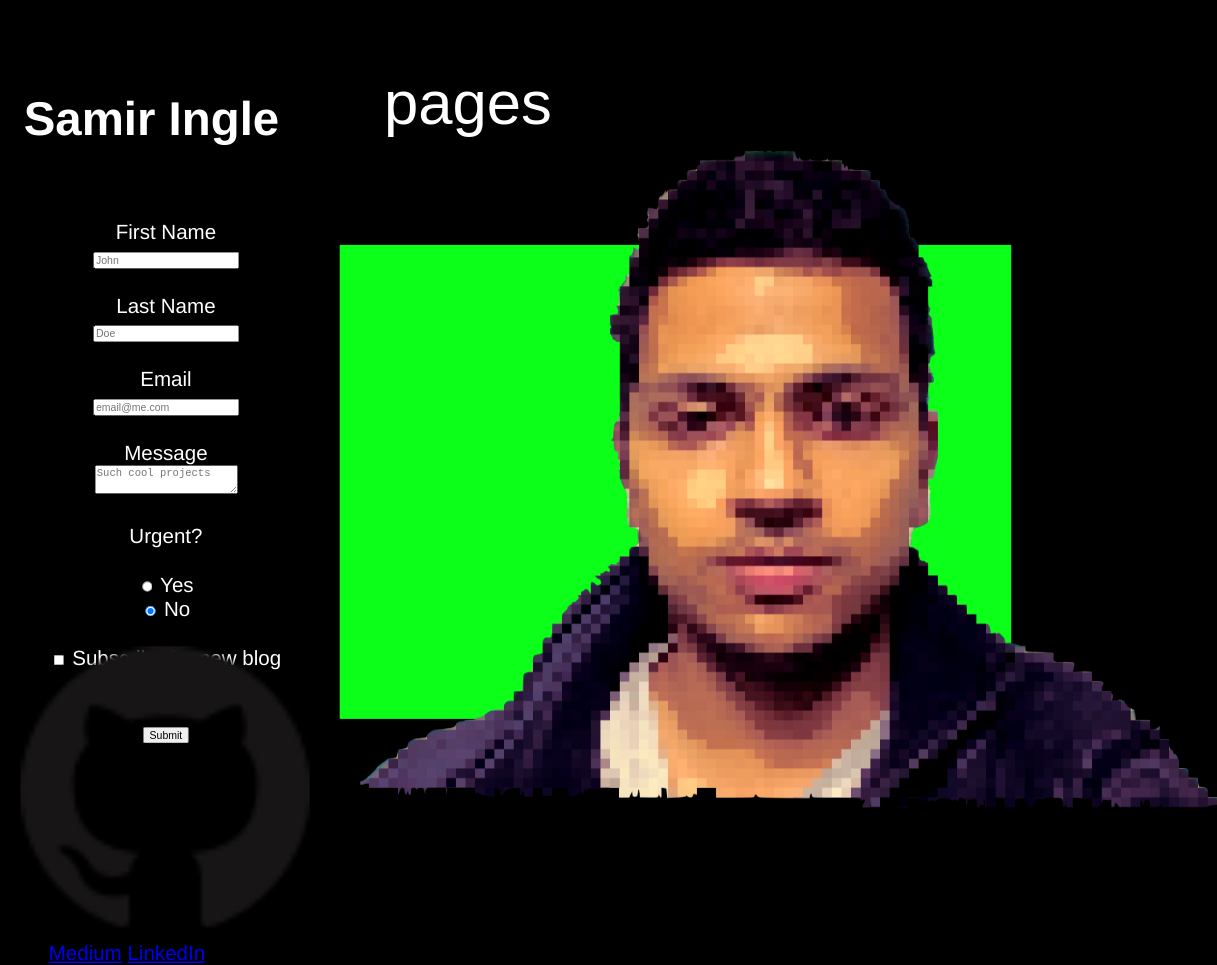
Repository: SamirIngley/html-semantic
Page: templates/contact.html
The author's editor kept a copy of each file at every save. The page is drawn from the files as they stood at one save, then again after the next save.
The browser window is 1280 px wide. The page is 1541 px wide, so the pictures cover 1541 px, including what lies to the right of the window. The pictures show the whole page, at 79% of full size.

Above is the page before, as saved 2020-02-06 11:50:07.

After the next save:
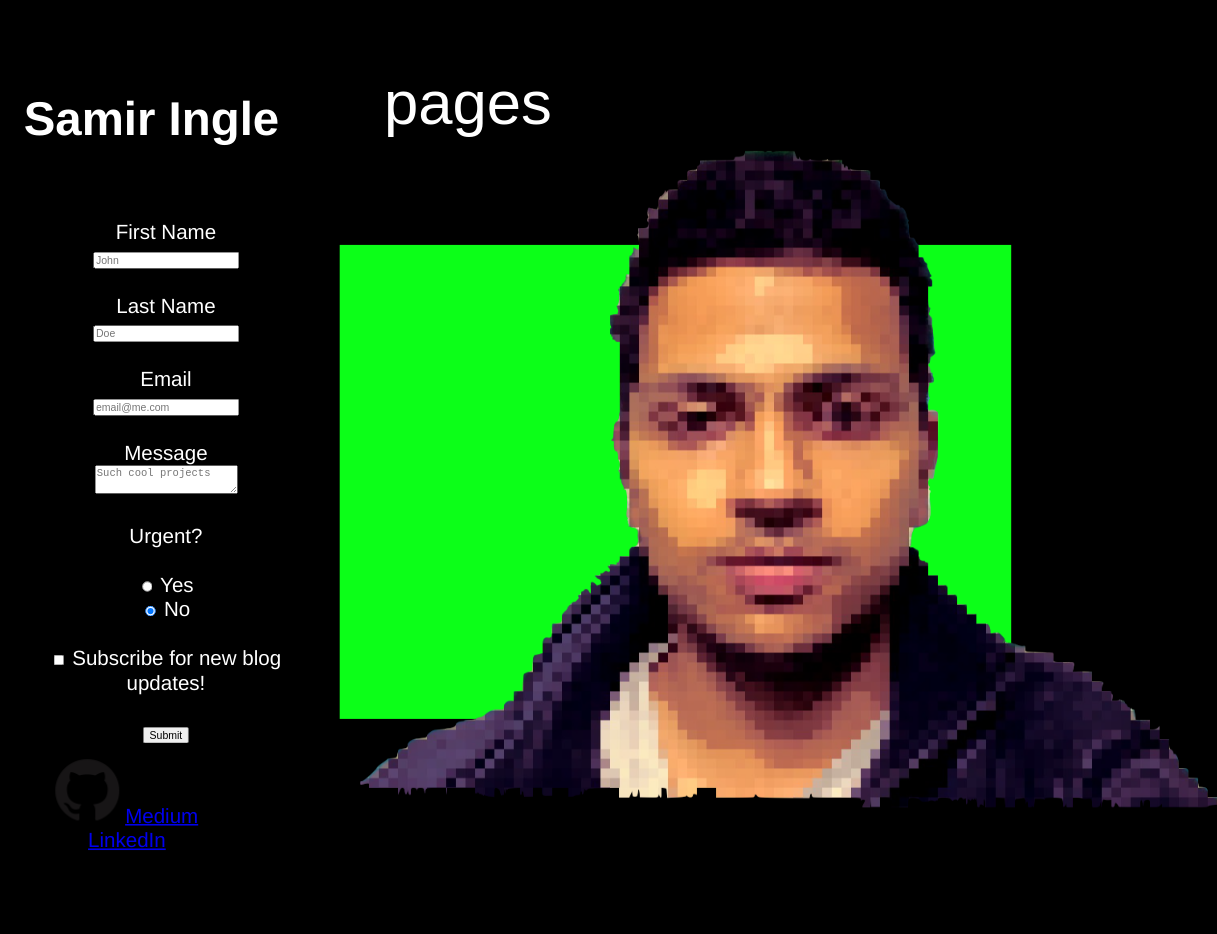
Saved 33 s later.
--- a/templates/contact.html
+++ b/templates/contact.html
@@ -95,7 +95,7 @@
 
     <div class="footer">
         <center>
-        <div><a href="https://github.com/SamirIngley"><img src="static/images/logos/githubpng/GitHub-Mark-64px.png" alt="github" style="width:136%;"></a>
+        <div><a href="https://github.com/SamirIngley"><img src="static/images/logos/githubpng/GitHub-Mark-64px.png" alt="github" style="width:30%;"></a>
             <a href="https://medium.com/@SamirIngle">Medium</a>
             <a href="https://www.linkedin.com/in/samiringle/">LinkedIn</a>
         </div>
